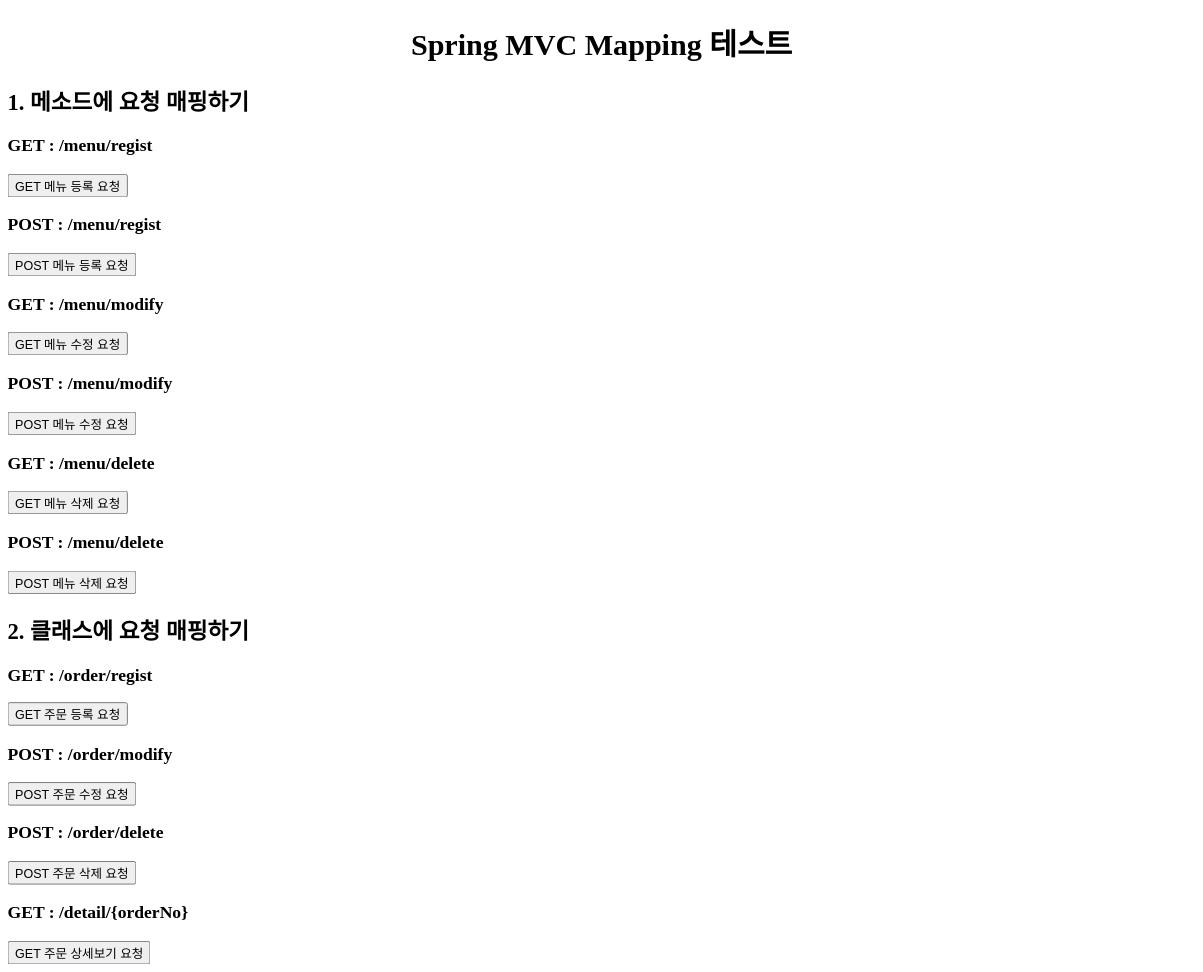
Repository: TheBeginnerJiyeon/multi_05_spring
Page: http://localhost/basic4/
An editor plug-in stored every save of this project. The page is shown before and after the next save, followed by the edit.
The browser window is 1280 px wide. The pictures show the whole page, at 94% of full size.
The page is served by Tomcat 9.

Above is the page before, as saved 2024-05-30 04:45:49.

After the next save:
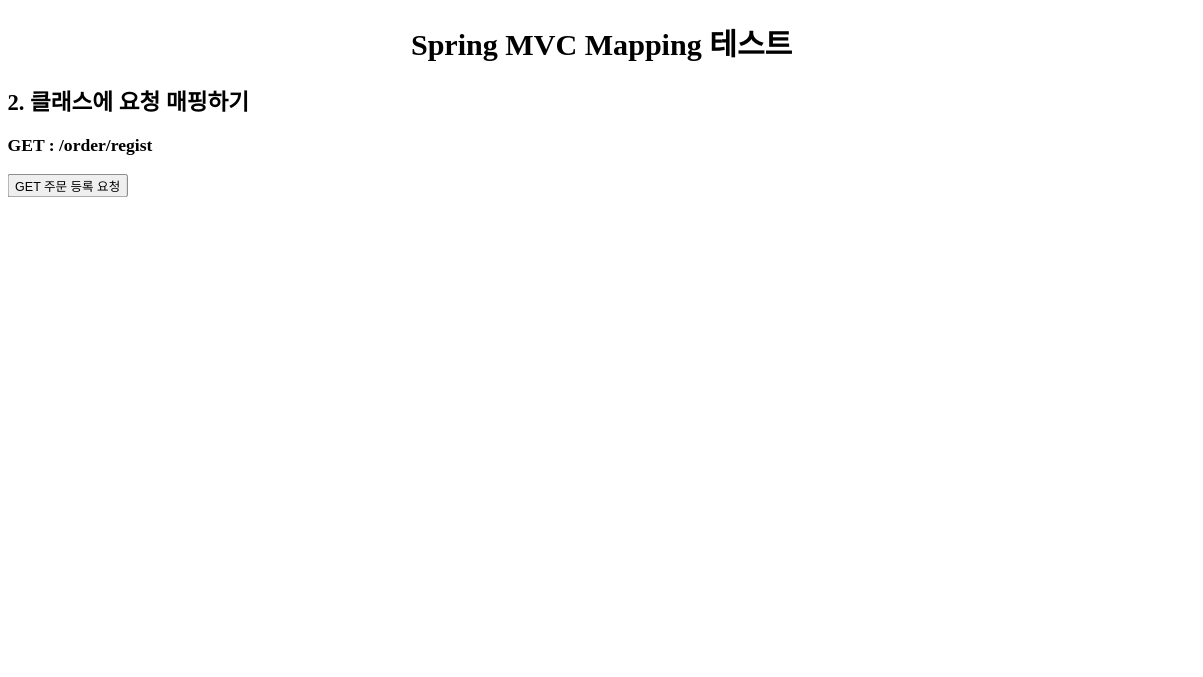
Saved 2 min 16 s later.
--- a/basic4/src/main/webapp/WEB-INF/views/main.jsp
+++ b/basic4/src/main/webapp/WEB-INF/views/main.jsp
@@ -9,50 +9,13 @@
 <body>
 	<h1 align="center">Spring MVC Mapping 테스트</h1>
 
-	<h2>1. 메소드에 요청 매핑하기</h2>
-
-	<h3>GET : /menu/regist</h3>
-	<button onclick="location.href='${pageContext.servletContext.contextPath}/menu/regist'">GET 메뉴 등록 요청</button>
-
-	<h3>POST : /menu/regist</h3>
-	<form action="${pageContext.servletContext.contextPath}/menu/regist" method="post">
-		<button type="submit">POST 메뉴 등록 요청</button>
-	</form>
-
-	<h3>GET : /menu/modify</h3>
-	<button onclick="location.href='${pageContext.servletContext.contextPath}/menu/modify'">GET 메뉴 수정 요청</button>
-
-	<h3>POST : /menu/modify</h3>
-	<form action="${pageContext.servletContext.contextPath}/menu/modify" method="post">
-		<button type="submit">POST 메뉴 수정 요청</button>
-	</form>
-
-	<h3>GET : /menu/delete</h3>
-	<button onclick="location.href='${pageContext.servletContext.contextPath}/menu/delete'">GET 메뉴 삭제 요청</button>
-
-	<h3>POST : /menu/delete</h3>
-	<form action="${pageContext.servletContext.contextPath}/menu/delete" method="post">
-		<button type="submit">POST 메뉴 삭제 요청</button>
-	</form>
 
 	<h2>2. 클래스에 요청 매핑하기</h2>
 
 	<h3>GET : /order/regist</h3>
 	<button onclick="location.href='${pageContext.servletContext.contextPath}/order/regist'">GET 주문 등록 요청</button>
 
-	<h3>POST : /order/modify</h3>
-	<form action="${pageContext.servletContext.contextPath}/order/modify" method="post">
-		<button type="submit">POST 주문 수정 요청</button>
-	</form>
 
-	<h3>POST : /order/delete</h3>
-	<form action="${pageContext.servletContext.contextPath}/order/delete" method="post">
-		<button type="submit">POST 주문 삭제 요청</button>
-	</form>
-
-
-	<h3>GET : /detail/{orderNo}</h3>
-	<button onclick="location.href='${pageContext.servletContext.contextPath}/order/detail/3'">GET 주문 상세보기 요청</button>
 
 </body>
 </html>
